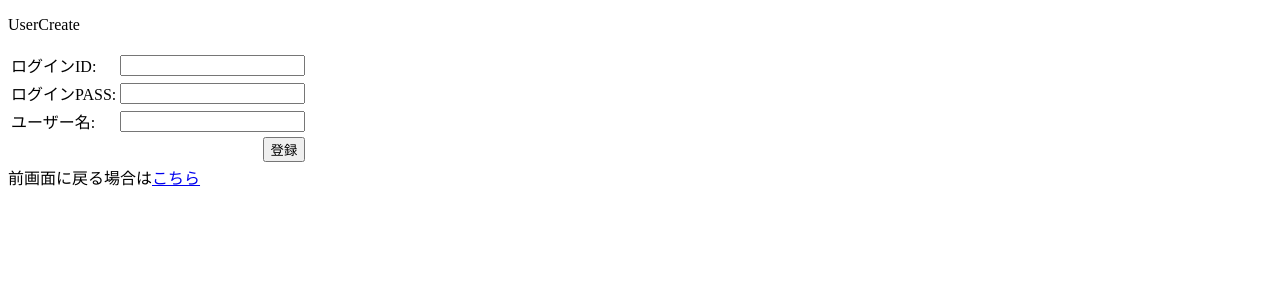
Repository: SNMAGNET/backup
Page: http://localhost/ecsite/UserCreateAction.action
The author's editor kept a copy of each file at every save. The page is drawn from the files as they stood at one save, then again after the next save.
The browser window is 1280 px wide. The pictures show the whole page.
The page is served by Tomcat 9. Other server files are loaded and not shown.

Above is the page before, as saved 2018-01-30 08:51:44.

### ecsite/WebContent/userCreate.jsp
<%@ page language="java" contentType="text/html; charset=UTF-8"
	pageEncoding="UTF-8"%>
<%@ taglib prefix="s" uri="/struts-tags"%>

<!DOCTYPE html>
<html>
<head>
	<meta charset="utf-8">
	<meta http-equiv="Content-Type" content="text/html; charset=utf-8" />
	<meta http-equiv="Content-Style-Type" content="text/css" />
	<meta http-equiv="Content-Script-Type" content="text/javascript" />
	<meta http-equiv="imagetoolbar" content="no" />
	<meta name="description" content="" />
	<meta name="keywords" content="" />
	<meta charset="utf-8">
	<title>UserCreate画面</title>

</head>
<body>
	<div id="header">
	 	<div id="pr">
		</div>
	</div>
	<div id="main">
		<div id="top">
			<p>UserCreate</p>
		</div>
		<div>
			<s:if test="errorMassage != ''">
				<s:property value="errorMassage" escape="false" />
			</s:if>
			<table>
			<s:form action="UserCreateConfirmAction">
				<tr>
					<td>
						<label>ログインID:</label>
					</td>
					<td>
						<input type="text" name="loginUserId" value="" />
					</td>
				</tr>
				<tr>
					<td>
						<label>ログインPASS:</label>
					</td>
					<td>
						<input type="text" name="loginPassword" value="" />
					</td>
				</tr>

				<tr>
					<td>
						<label>ユーザー名:</label>
					</td>
					<td>
						<input type="text" name="userName" value="" />
					</td>
				</tr>
				<s:submit value="登録"/>
			</s:form>
			</table>
			<div>
				<span>前画面に戻る場合は</span><a href='<s:url action="HomeAction" />'>こちら</a>
			</div>
		</div>
	</div>
		<div id="footer">
	 	<div id="pr">
		</div>
	</div>
</body>
</html>

After the next save:
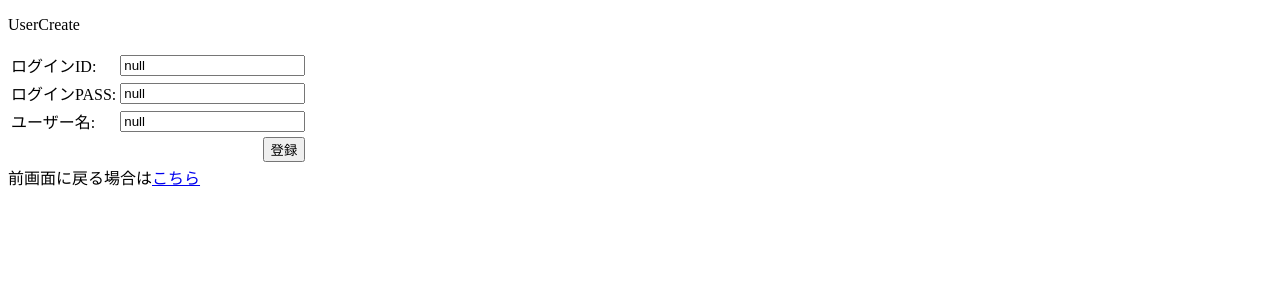
Saved 3 min 4 s later.
--- a/ecsite/WebContent/userCreate.jsp
+++ b/ecsite/WebContent/userCreate.jsp
@@ -36,7 +36,7 @@
 						<label>ログインID:</label>
 					</td>
 					<td>
-						<input type="text" name="loginUserId" value="" />
+						<input type="text" name="loginUserId" value=null />
 					</td>
 				</tr>
 				<tr>
@@ -44,7 +44,7 @@
 						<label>ログインPASS:</label>
 					</td>
 					<td>
-						<input type="text" name="loginPassword" value="" />
+						<input type="text" name="loginPassword" value=null />
 					</td>
 				</tr>
 
@@ -53,7 +53,7 @@
 						<label>ユーザー名:</label>
 					</td>
 					<td>
-						<input type="text" name="userName" value="" />
+						<input type="text" name="userName" value=null />
 					</td>
 				</tr>
 				<s:submit value="登録"/>

After the save that followed:
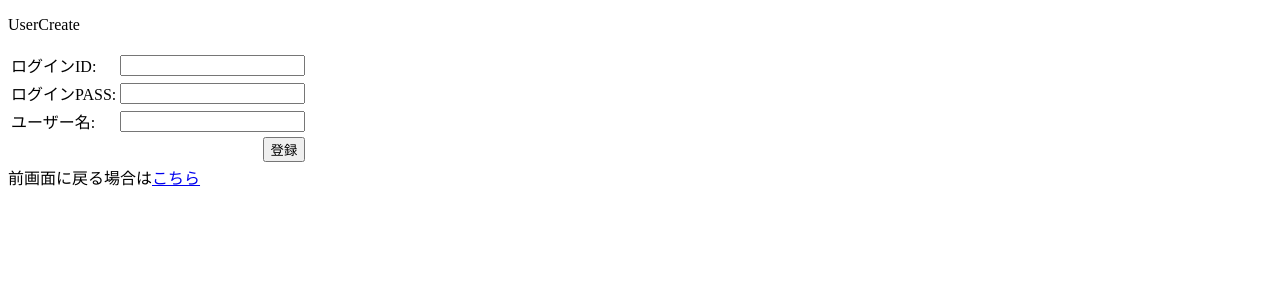
Saved 47 s later.
--- a/ecsite/WebContent/userCreate.jsp
+++ b/ecsite/WebContent/userCreate.jsp
@@ -36,7 +36,7 @@
 						<label>ログインID:</label>
 					</td>
 					<td>
-						<input type="text" name="loginUserId" value=null />
+						<input type="text" name="loginUserId" />
 					</td>
 				</tr>
 				<tr>
@@ -44,7 +44,7 @@
 						<label>ログインPASS:</label>
 					</td>
 					<td>
-						<input type="text" name="loginPassword" value=null />
+						<input type="text" name="loginPassword"/>
 					</td>
 				</tr>
 
@@ -53,7 +53,7 @@
 						<label>ユーザー名:</label>
 					</td>
 					<td>
-						<input type="text" name="userName" value=null />
+						<input type="text" name="userName"/>
 					</td>
 				</tr>
 				<s:submit value="登録"/>
